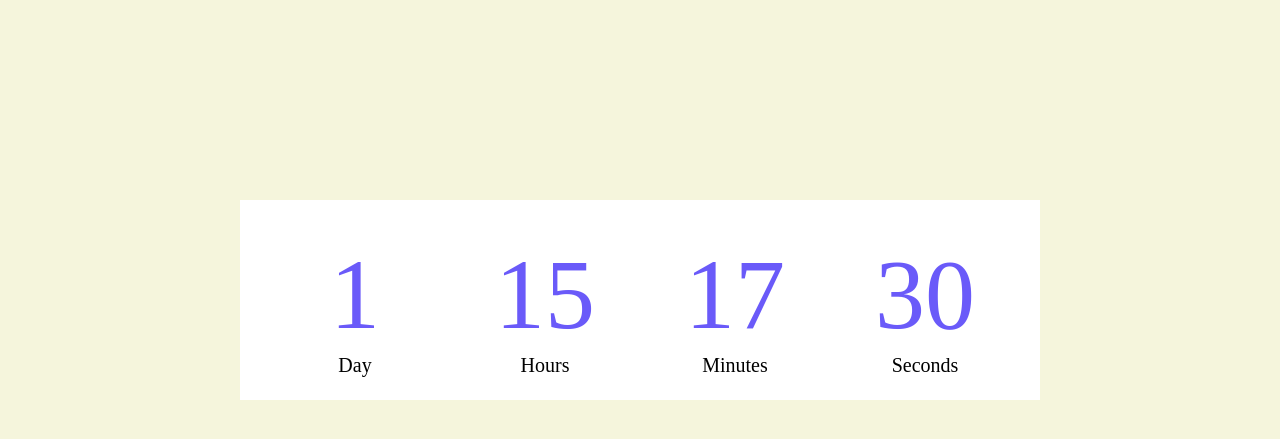
Repository: tienbkvn0605/counddown-demo
Page: index.html
An editor plug-in stored every save of this project. The page is shown before and after a run of saves, followed by the edit.
The browser window is 1280 px wide. The pictures show the whole page.

Above is the page before, as saved 2022-10-04 23:55:35.

After the next 2 saves:
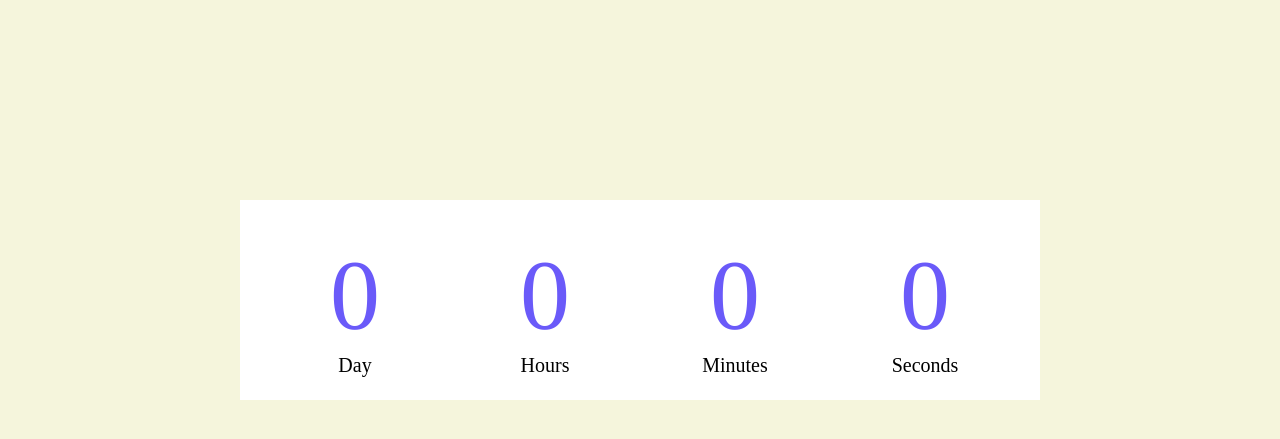
Console error: SyntaxError: Unexpected token ','
The 2 saves are shown as one change because they came seconds apart.
The last was saved 119 s later.
--- a/app.js
+++ b/app.js
@@ -30,5 +30,6 @@
       return;
     }
   }
+  setInterval(function(countDown),1000);
   countDown("Tue Oct 06 2022 23:33:35 GMT+0900 (Japan Standard Time)");
 });

After the 4 saves that followed:
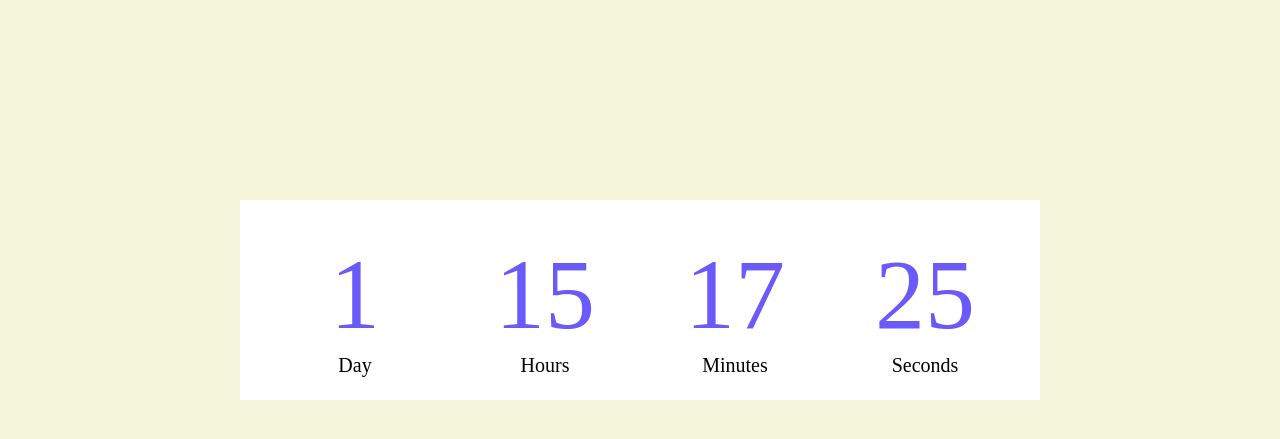
The error is gone.
The 4 saves are shown as one change because 3 left the picture as it was.
The last was saved 84 s later.
--- a/app.js
+++ b/app.js
@@ -30,6 +30,7 @@
       return;
     }
   }
-  setInterval(function(countDown),1000);
-  countDown("Tue Oct 06 2022 23:33:35 GMT+0900 (Japan Standard Time)");
+  setInterval(function () {
+    countDown("Tue Oct 06 2022 23:33:35 GMT+0900 (Japan Standard Time)");
+  }, 1000);
 });
